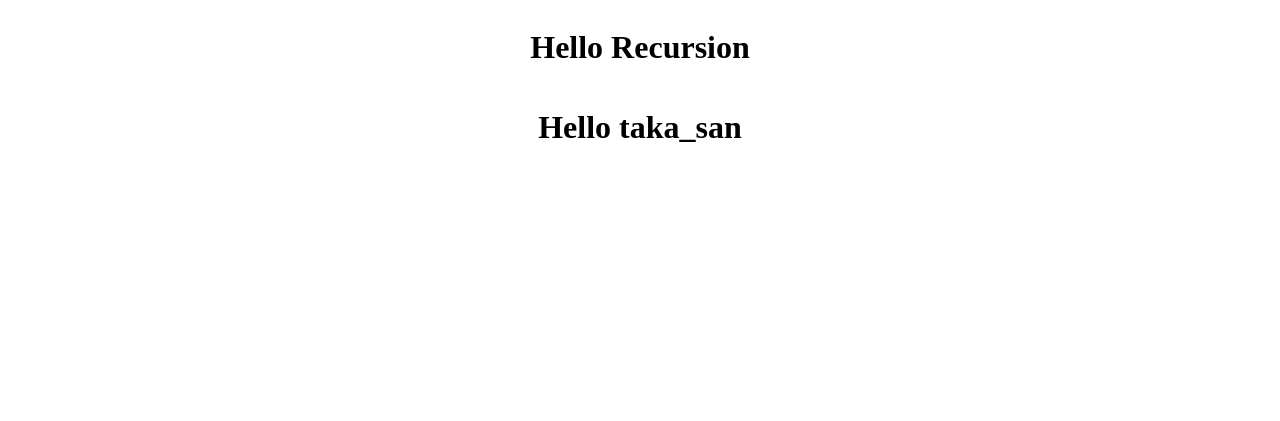
Repository: teamdev-testBlue/task1
Page: index.html
The author's editor kept a copy of each file at every save. The page is drawn from the files as they stood at one save, then again after the next save.
The browser window is 1280 px wide. The pictures show the whole page.

Above is the page before, as saved 2023-03-19 18:20:35.

### index.html
<!DOCTYPE html>
<html lang="ja">
<head>
    <meta charset="UTF-8">
    <meta http-equiv="X-UA-Compatible" content="IE=edge">
    <meta name="viewport" content="width=device-width, initial-scale=1.0">
    <title>初心者チーム開発</title>
    <link rel="stylesheet" href="style.css">
</head>
<body>
    <div class="container">
        <h1>Hello Recursion</h1>
        <h1>Hello taka_san</h1>
    </div>
</body>
</html>

### style.css
.container {
    display:flex;
    flex-flow: column;
    align-items: center;
}

After the next save:
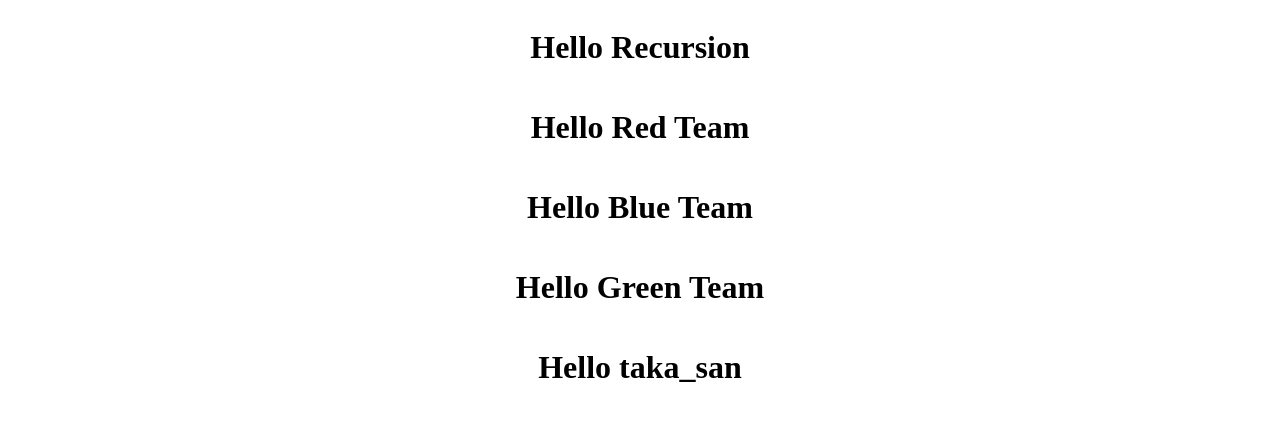
Saved 5 h 6 min later.
--- a/index.html
+++ b/index.html
@@ -10,6 +10,9 @@
 <body>
     <div class="container">
         <h1>Hello Recursion</h1>
+        <h1>Hello Red Team</h1>
+        <h1>Hello Blue Team</h1>
+        <h1>Hello Green Team</h1>
         <h1>Hello taka_san</h1>
     </div>
 </body>
